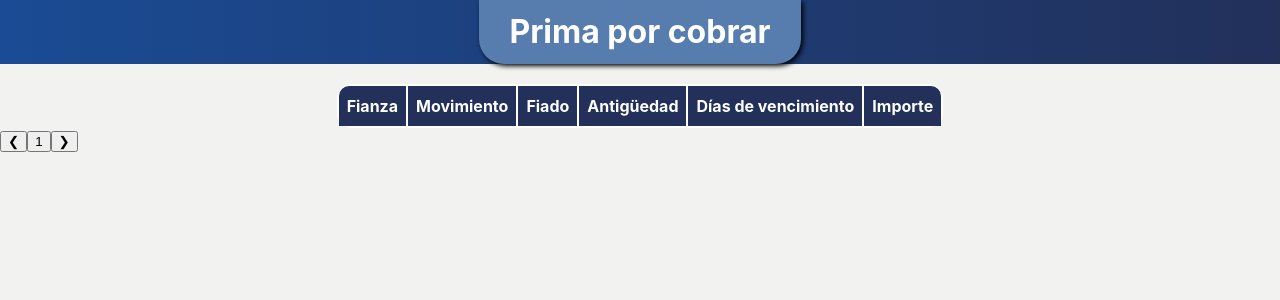
Repository: PCGP22/prueba-t-cnica-liberty-finanzas
Page: / (app in Prueba técnica full-stack/client/)
An editor plug-in stored every save of this project. The page is shown before and after the next save, followed by the edit.
The browser window is 1280 px wide. The pictures show the whole page.
The page's requests for data from a server got no answer. The project was rebuilt for these pictures with package versions that can differ from the ones it lists, and the page was loaded fresh each time. No one was signed in, and anything a server would have sent is missing. Also part of the build but not shown: Prueba técnica full-stack/client/vite.config.js, Prueba técnica full-stack/client/src/components/Card.jsx, Prueba técnica full-stack/client/src/components/CardsContainer.jsx, Prueba técnica full-stack/client/src/components/Filters.jsx.

Above is the page before, as saved 2023-11-14 08:21:02.

### Prueba técnica full-stack/client/src/App.jsx
import { dataContext } from "./context/dataContext";
import Table from "./components/Table";
import { useEffect, useReducer } from "react";
import Pagination from "./components/pagination";
import reducer from "./hooks/Reducer";
import Header from "./components/Header";

function App() {
  let url = "http://localhost:5000/primas";
  const initialState = {
    backupData: {},
    data: {},
    dataToShow: {},
    currentPage: 1,
    maxPages: 1,
    contentPerPage: 8,
  };

  const [state, dispatch] = useReducer(reducer, initialState);
  useEffect(() => {
    fetch(url)
      .then((res) => res.json())
      .then((data) => dispatch({ type: "initialize", payload: data.primas }));
  }, [url]);

  return (
    <dataContext.Provider value={[state, dispatch]}>
      <Header />
      <Table />
      <Pagination />
    </dataContext.Provider>
  );
}

export default App;

### Prueba técnica full-stack/client/src/index.css
:root {
  font-family: Inter, system-ui, Avenir, Helvetica, Arial, sans-serif;
  line-height: 1.5;
  font-weight: 400;
  --background-color: #f2f2f1;
  --darkest-blue: #22305a;
  --blue: #1a4b94;
  --light-blue: #577dae;
  --lightest-blue: #9fbde4;
  --status-red: #de7878;
  --status-yellow: #f6c476;
  --status-green: #8fc475;
  --icon-red: #b93d3d;
  --icon-green: #6cb85d;
  --text-blue: #3a689d;
  --text-red:  #af2e2c;
  --box-shadow: black 2px 2px 5px;
}
body, h1{
  margin: 0;
  padding: 0;
}
body{
  background-color:var(--background-color);
}
header{
  display: flex;
  flex-direction: column;
  align-items: center;
}
h1{
  display: inline-block;
  padding: 8px 30px;
  border-radius: 0 0 25px 25px;
  background-color: var(--light-blue);
  color:white;
  text-align: center;
  box-shadow: var(--box-shadow);
}

header{
  background-image: linear-gradient(to right,var(--blue), var(--darkest-blue));
  width: 100%;
}

.filters{
  margin-top: 40px;
  display: flex;
  gap: 40px;
  align-self: flex-start;
  padding-left: 5%;
}
.filters select{
  height: 40px;
  font-size: larger;
  border-radius: 5px;
  border: black 2px solid;
}

.cards{
  padding: 2% 5%;
  box-sizing: border-box;
  display: flex;
  justify-content: space-between;
  width: 100%;
}

.cards figure{
  background-color: var(--background-color);
  min-width: 250px;
  padding: 0.5% 2%;
  border-radius: 10px;
  box-shadow: var(--box-shadow);
}

.cards figure h3{
  margin: 0;
}

.cards figure > p{
  font-size: 1.8em;
  text-align: center;
}

.cards div{
  display: inline-flex;
  flex-wrap: wrap;
  max-width: 40%;
  align-items: center;
  justify-content: center;
  gap:20px;
}

.cards div p {
  margin: 0;
}

.cards div p:first-of-type {
  font-size: 1.5em;
}

.cards div p:last-of-type{
  font-size: 1.2em;
  margin: 0;
}

.icon{
  background-image: linear-gradient(to right,var(--blue), var(--darkest-blue));
  font-size: 1.5em;
  padding: 4px;
  border-radius: 50%;
}
.positive{
  color:var(--text-blue);
  margin-right: 20px;
}
.negative{
  color:var(--text-red);
  margin-left:20px;
}
.cross{
  color: var(--icon-red)
}
.check{
  color: var(--icon-green)
}

table{
  margin: auto;
  margin-top: 20px;
  background-color:white;
  border-radius:15px;
}
table tr:first-child{
  background-color:var(--darkest-blue);
  color:white;
}

table tr th:first-child{
  border-radius:10px 0 0 0;
}


table tr th:last-child{
  border-radius: 0 10px  0 0;
}
table tr th{
  padding: 8px;
}

td{
  padding: 2px 8px;
  border-spacing: 0;
  border-collapse: collapse;
  border: black solid 1px;
}

table tr:nth-child(2n){
  background-color:var(--lightest-blue)
}
table tr:hover{
  text-decoration: underline;
}

table tr:nth-child(2n):hover{
  filter:brightness(110%)
}
table tr:nth-child(2n-1):hover{
  /* color:red; */
  background-color: var(--background-color);
}

table tr:first-child:hover{
  background-color:var(--darkest-blue);
  text-decoration: none;
}

### Prueba técnica full-stack/client/src/context/dataContext.js
import { createContext } from "react";

export const dataContext = createContext();

### Prueba técnica full-stack/client/src/components/Table.jsx
import { calculateAntiquityInDays } from "../utils/utils";
import { useContext } from "react";
import { dataContext } from "../context/dataContext";

function Table() {
  const [state, dispatch] = useContext(dataContext);

  return (
    <table>
      <tbody>
        <tr>
          <th>Fianza</th>
          <th>Movimiento</th>
          <th>Fiado</th>
          <th>Antigüedad</th>
          <th>Días de vencimiento</th>
          <th>Importe</th>
        </tr>
        {state.dataToShow.length > 0 &&
          state.dataToShow.map((t) => {
            let antiquity = calculateAntiquityInDays(
              t.datos["fecha de emisión"]
            );
            let daysSinceStale = calculateAntiquityInDays(
              t.datos["fecha de vencimiento"]
            );
            if (daysSinceStale < 0) daysSinceStale = 0;
            return (
              <tr key={t.datos.código_de_fianza}>
                <td>{t.datos.código_de_fianza}</td>
                <td>{t.datos.tipo_de_movimiento}</td>
                <td>{t.datos.fiado}</td>
                <td>{antiquity}</td>
                <td>{daysSinceStale}</td>
                <td>${t.datos.importe.toLocaleString()}</td>
              </tr>
            );
          })}
      </tbody>
    </table>
  );
}

export default Table;

### Prueba técnica full-stack/client/src/components/pagination.jsx
import { useContext } from "react";
import { dataContext } from "../context/dataContext";

function Pagination() {
  const [state, dispatch] = useContext(dataContext);

  //   return <button onClick={() => dispatch({ type: "change" })}>Cambiar</button>;
  //   const { state.maxPages, state.currentPage, setstate.CurrentPage, setNextPage, setPrevPage } =
  // useContext(dataContext);
  //This pagination is somewhat complex because I've used it before in bigger proyects.
  //First, it initializes the pagination buttons to the first 6 numbers except for the number 1
  //The reason it doesn't includes the first page is because the first and last page buttons are always shown
  let pagesButtons = [2, 3, 4, 5, 6];
  //while the current page stays on the first three pages, show all first 6
  //The reason for the if, it's that I want the first 6 buttons to be shown when returning from the latest pages
  if (
    state.currentPage === 1 ||
    state.currentPage === 2 ||
    state.currentPage === 3
  ) {
    pagesButtons = [2, 3, 4, 5, 6];
  }
  //As soon as we change to page 4 or more, let's follow the current page and
  //add two buttons to the left and two to the right
  if (state.currentPage >= 4) {
    pagesButtons = [
      state.currentPage - 2,
      state.currentPage - 1,
      state.currentPage,
      state.currentPage + 1,
      state.currentPage + 2,
    ];
  }
  //When approaching to the right end of the pagination, show the last 5 pages
  if (
    state.currentPage === state.maxPages - 1 ||
    state.currentPage === state.maxPages - 2 ||
    state.currentPage === state.maxPages
  ) {
    //The reason it doesn't includes the last page is because the first and last page buttons are always shown
    pagesButtons = [
      state.maxPages - 5,
      state.maxPages - 4,
      state.maxPages - 3,
      state.maxPages - 2,
      state.maxPages - 1,
    ];
  }
  return (
    <section className="pagination">
      <button
        //About the class: When in first or last page the navigation chevrons will have a special class
        //The same happens when the button is the current page
        className={`${state.currentPage === 1 && "disabled"}`}
        onClick={() => dispatch({ type: "prevPage" })}>
        ❮
      </button>
      {/* First button, always shown */}
      <button
        className={`${state.currentPage === 1 && "disabled"}`}
        onClick={() => dispatch({ type: "setPage", payload: 1 })}>
        1
      </button>
      {/* Adds three dots in case the current page is bigger than 4*/}
      {state.currentPage > 4 && <p>•••</p>}
      {/* Map through all pages defined in the first part*/}
      {pagesButtons.map((p) => {
        if (p > 1 && p < state.maxPages)
          return (
            <button
              className={`${state.currentPage === p && "disabled"}`}
              key={p}
              onClick={() => dispatch({ type: "setPage", payload: p })}>
              {p}
            </button>
          );
      })}
      {/* Adds three dots in case the current page is getting closer to the right end*/}
      {state.currentPage < state.maxPages - 3 && <p>•••</p>}
      {/* If there's more than 1 page, show always the last page*/}
      {state.maxPages > 1 && (
        <button
          className={`${state.currentPage === state.maxPages && "disabled"}`}
          onClick={() =>
            dispatch({ type: "setPage", payload: state.maxPages })
          }>
          {state.maxPages}
        </button>
      )}
      <button
        className={`${state.currentPage === state.maxPages && "disabled"}`}
        onClick={() => dispatch({ type: "nextPage" })}>
        ❯
      </button>
    </section>
  );
}

export default Pagination;

### Prueba técnica full-stack/client/src/hooks/Reducer.js
function reducer(state, action) {
  function divideData(data, currentPage, state) {
    let dividedData = data.slice(
      (currentPage - 1) * state.contentPerPage,
      currentPage * state.contentPerPage
    );
    return dividedData;
  }
  function calculateMaxPages(data, state) {
    let maxPages = Math.ceil(data.length / state.contentPerPage);
    return maxPages;
  }
  const { type, payload } = action;
  switch (type) {
    case "initialize":
      return {
        ...state,
        backupData: payload,
        data: payload,
        dataToShow: divideData(payload, 1, state),
        maxPages: calculateMaxPages(payload, state),
      };
    case "prevPage":
      if (state.currentPage > 1) {
        return {
          ...state,
          currentPage: state.currentPage - 1,
          dataToShow: divideData(state.data, state.currentPage - 1, state),
        };
      } else return state;
    case "nextPage":
      if (state.currentPage < state.maxPages) {
        return {
          ...state,
          currentPage: state.currentPage + 1,
          dataToShow: divideData(state.data, state.currentPage + 1, state),
        };
      } else return state;
    case "setPage":
      return {
        ...state,
        currentPage: payload,
        dataToShow: divideData(state.data, payload, state),
      };
    case "filter":
      if (payload.filter === "") {
        return { ...state, dataToShow: state.backupData };
      } else
        return {
          ...state,
          dataToShow: state.backupData.filter(
            (d) => d[payload.type] === payload.filter
          ),
        };
    default:
      return state;
  }
}

export default reducer;

### Prueba técnica full-stack/client/src/components/Header.jsx
import CardsContainer from "./CardsContainer";
import Filters from "./Filters";

function Header() {
  return (
    <header>
      <h1>Prima por cobrar</h1>
      <Filters />
      <CardsContainer />
    </header>
  );
}

export default Header;

### Prueba técnica full-stack/client/src/utils/utils.js
//This function calculates how many days have passed since a date
export function calculateAntiquityInDays(date) {
  let parsedDate = parseDate(date);
  const CONSTANT_Ms_TO_DAYS = 86400000;
  let today = new Date();
  let comparisonDate = new Date(parsedDate);
  return Math.trunc((today - comparisonDate) / CONSTANT_Ms_TO_DAYS) - 1;
}

//transforms the date DD/MM/YYYY to an acceptable MM/DD/YYYY
function parseDate(date) {
  let stringToArray = date.split("/");
  let temp = stringToArray[0];
  stringToArray[0] = stringToArray[1];
  stringToArray[1] = temp;
  return stringToArray.join("/");
}

Loaded but not shown: Prueba técnica full-stack/client/index.html (common file); Prueba técnica full-stack/client/src/main.jsx (common file)

After the next save:
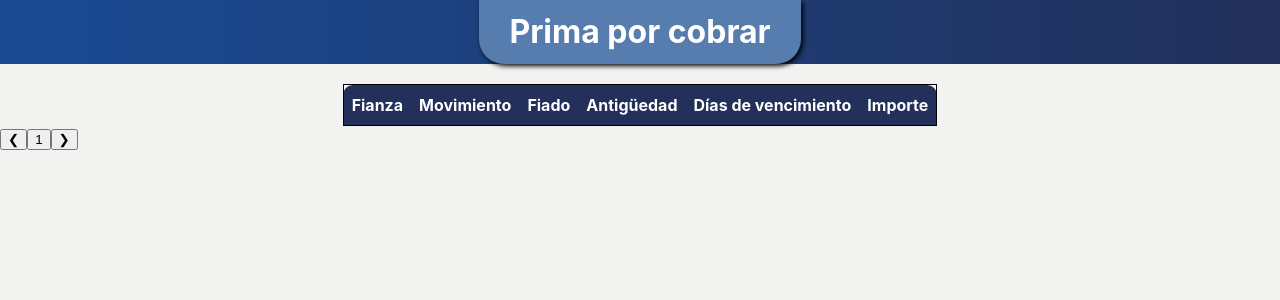
Saved 32 s later.
--- a/Prueba técnica full-stack/client/src/index.css
+++ b/Prueba técnica full-stack/client/src/index.css
@@ -148,7 +148,7 @@
   padding: 8px;
 }
 
-td{
+table{
   padding: 2px 8px;
   border-spacing: 0;
   border-collapse: collapse;
